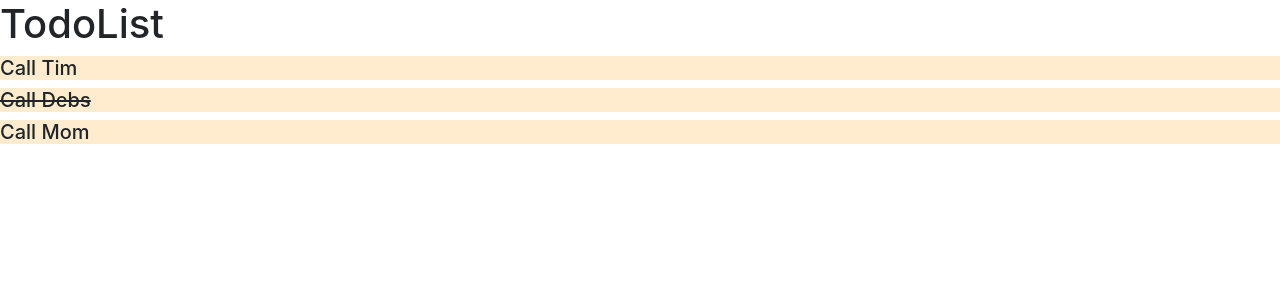
Repository: latenightsnacc/React-Projects
Page: /about (app in todolist/)
An editor plug-in stored every save of this project. The page is shown before and after the next save, followed by the edit.
The browser window is 1280 px wide. The pictures show the whole page.
The project was rebuilt for these pictures with package versions that can differ from the ones it lists, and the page was loaded fresh each time.

Above is the page before, as saved 2020-07-02 11:19:39.

### todolist/public/index.html
<!DOCTYPE html>
<html lang="en">
  <head>
    <meta charset="utf-8" />
    <link rel="icon" href="%PUBLIC_URL%/favicon.ico" />
    <meta name="viewport" content="width=device-width, initial-scale=1" />
    <meta name="theme-color" content="#000000" />
    <meta
      name="description"
      content="Web site created using create-react-app"
    />
    <link rel="apple-touch-icon" href="%PUBLIC_URL%/logo192.png" />

    <link rel="manifest" href="%PUBLIC_URL%/manifest.json" />
    <link href="https://fonts.googleapis.com/css2?family=Patrick+Hand&display=swap" rel="stylesheet">
    <title>React App</title>
  </head>
  <body>
    <noscript>You need to enable JavaScript to run this app.</noscript>
    <div id="root"></div>
    <!--
      This HTML file is a template.
      If you open it directly in the browser, you will see an empty page.

      You can add webfonts, meta tags, or analytics to this file.
      The build step will place the bundled scripts into the <body> tag.

      To begin the development, run `npm start` or `yarn start`.
      To create a production bundle, use `npm run build` or `yarn build`.
    -->
  </body>
</html>

### todolist/src/App.js
import React, {Component} from 'react';
import TodoList from './components/TodoList';
import './styles/App.scss';

class App extends Component  {
  constructor(props){
    super(props);
    this.state = {
      todos: [
        {
          id: 1,
          title: 'Call Tim',
          completed: false
        },
        {
          id: 2,
          title: 'Call Debs',
          completed: true
        },
        {
          id: 3,
          title: 'Call Mom',
          completed: false
        }
      ]
    }

  }

  render() {
    return (
      <div className="App">
        <TodoList tasks= {this.state.todos} />
      </div>
    );
  }

}

export default App;

### todolist/src/components/TodoList.js
import React, { Component } from 'react';
import PropTypes from 'prop-types';
import TodoItem from './TodoItem';

class TodoList extends Component {
    render() {
        return (
            <>
                <h1>TodoList</h1>
                <div className="TodoList">
                    {
                        this.props.tasks.map(task => {
                            return <TodoItem key={task.id} task= {task} />
                        })
                    }
                </div>
            </>
        )
    }
}

// PropTypes
TodoList.propTypes = {
    tasks: PropTypes.array.isRequired
}
export default TodoList;

### todolist/src/styles/App.scss
@import "~bootstrap/scss/bootstrap";
@import url('https://fonts.googleapis.com/css2?family=Patrick+Hand&display=swap');

* {
    margin: 0;
    padding: 0;
    font-family: -apple-system, BlinkMacSystemFont, 'Segoe UI', Roboto, Oxygen, Ubuntu, Cantarell, 'Open Sans', 'Helvetica Neue', sans-serif;
}

### todolist/src/components/TodoItem.js
import React, { Component } from 'react';
import PropTypes from 'prop-types';

class TodoItem extends Component {
    getStyle = () => {
        return {
            background: '#ffebcd',
            fontFamily: 'Patrick Hand, cursive',
            textDecoration: this.props.task.completed ?
            'line-through'
            :'none'
        }
    }
    render() {
        return (
            <>
                <div style={this.getStyle()}>
                    <h5> {this.props.task. title} </h5>
                </div>

            </>
        )
    }
}

// const cardStyle = {
//     backgroundColor: '#000',
//     padding: '10px 5px',
//     color: 'white',
//     marginBottom: '10px',
//     width: '200px',
//     textAlign: 'center',
//     boxShadow: '2px 2px 4px 2px grey'
// }
// PropTypes
TodoItem.propTypes = {
    task: PropTypes.object.isRequired
}
export default TodoItem

Loaded but not shown: todolist/src/index.js (common file)

After the next save:
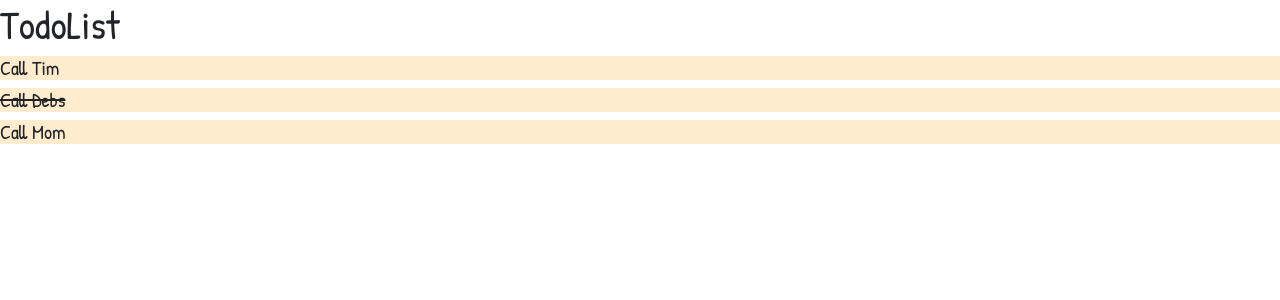
Saved 15 s later.
--- a/todolist/src/styles/App.scss
+++ b/todolist/src/styles/App.scss
@@ -4,5 +4,5 @@
 * {
     margin: 0;
     padding: 0;
-    font-family: -apple-system, BlinkMacSystemFont, 'Segoe UI', Roboto, Oxygen, Ubuntu, Cantarell, 'Open Sans', 'Helvetica Neue', sans-serif;
+    font-family: 'Patrick Hand', cursive;
 }
